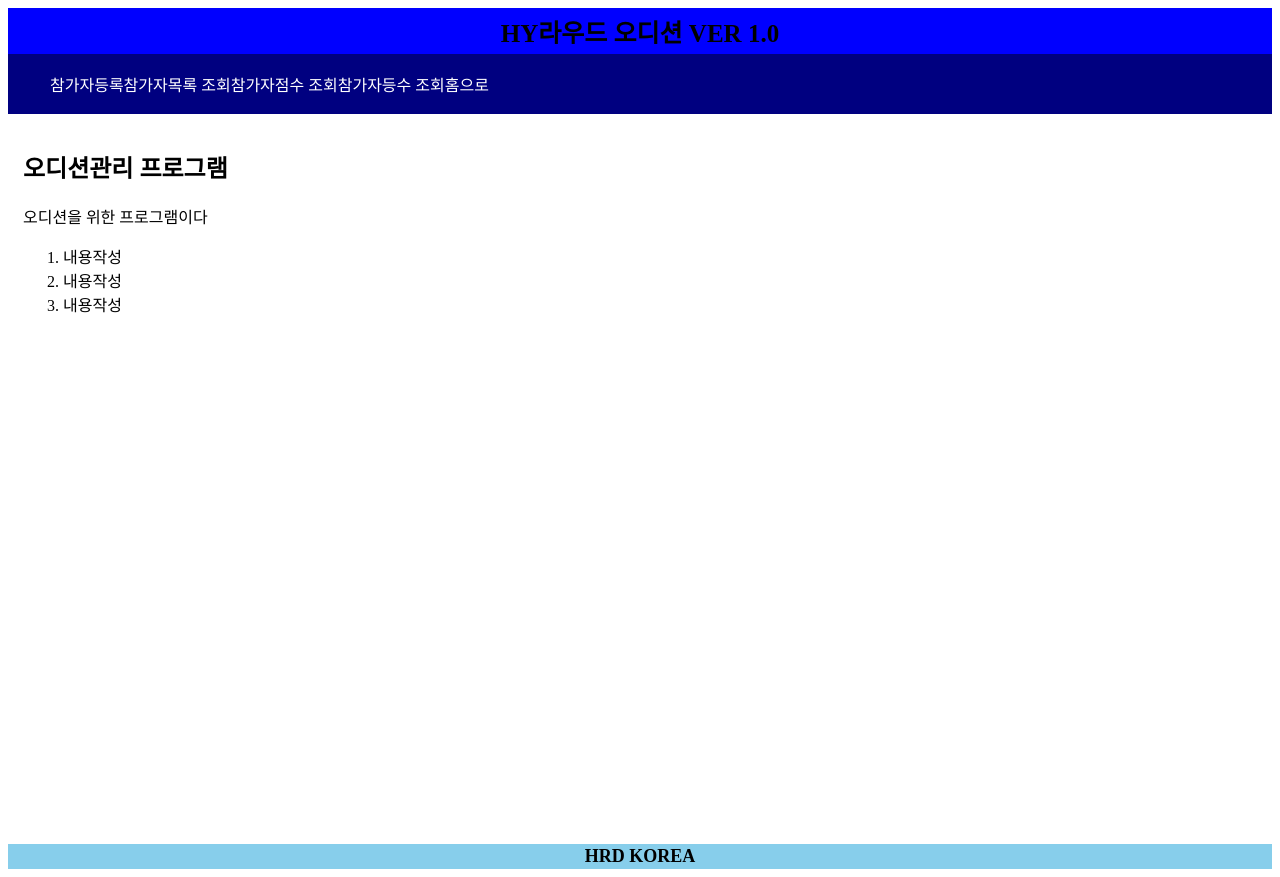
Repository: hoger96/java
Page: http://localhost/Audition/
These files come from the project's save history. The page is drawn as it stood at one moment and after the next save; the edit follows.
The browser window is 1280 px wide. The pictures show the whole page.
The page is served by Tomcat 9.

Above is the page before, as saved 2023-02-05 14:40:50.

After the next save:
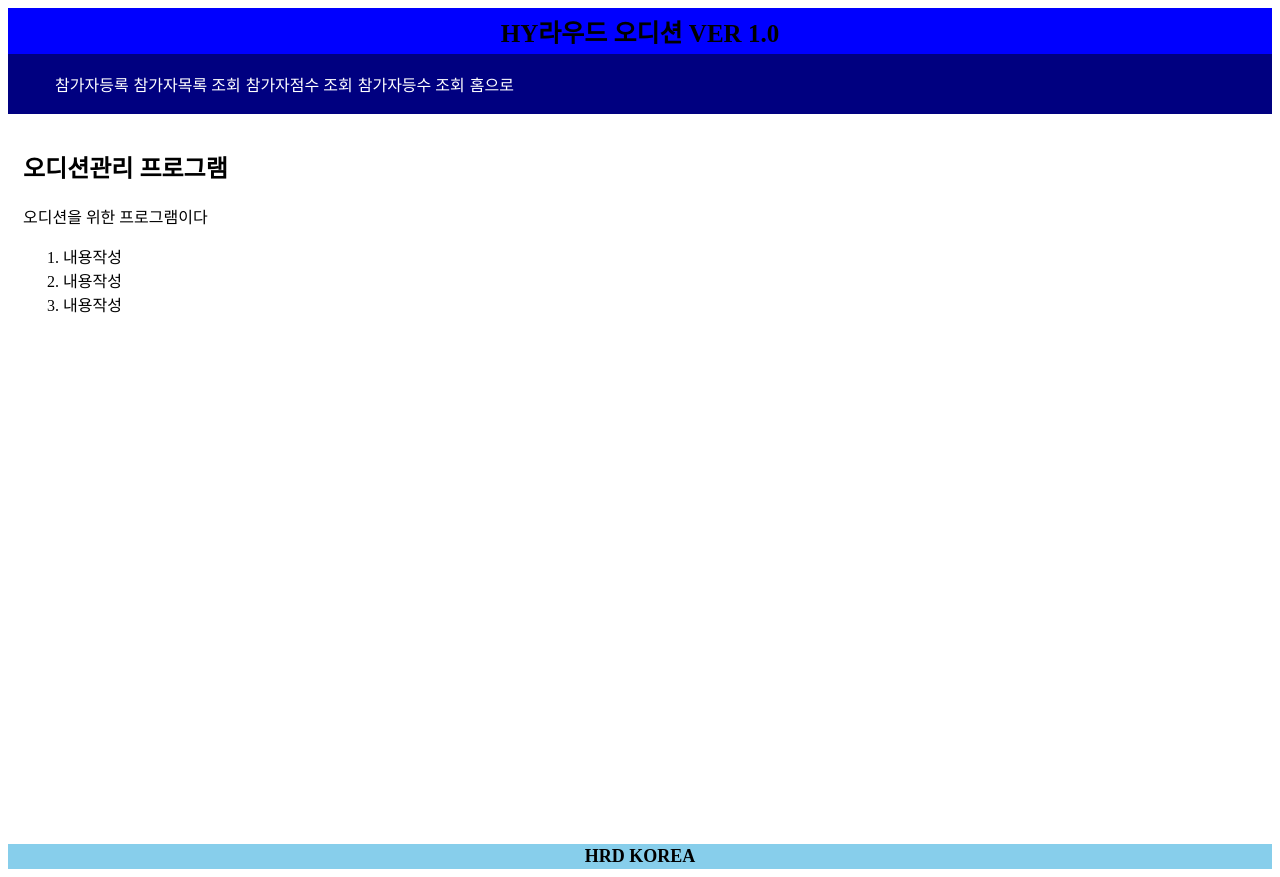
Saved 12 s later.
--- a/Audition/src/main/webapp/css/index.css
+++ b/Audition/src/main/webapp/css/index.css
@@ -15,6 +15,9 @@
 	display:flex;
 	list-style: none;
 }
+nav li{
+	margin-left:5px;
+}
 a{
 	text-decoration: none;
 	color:white;

After the save that followed:
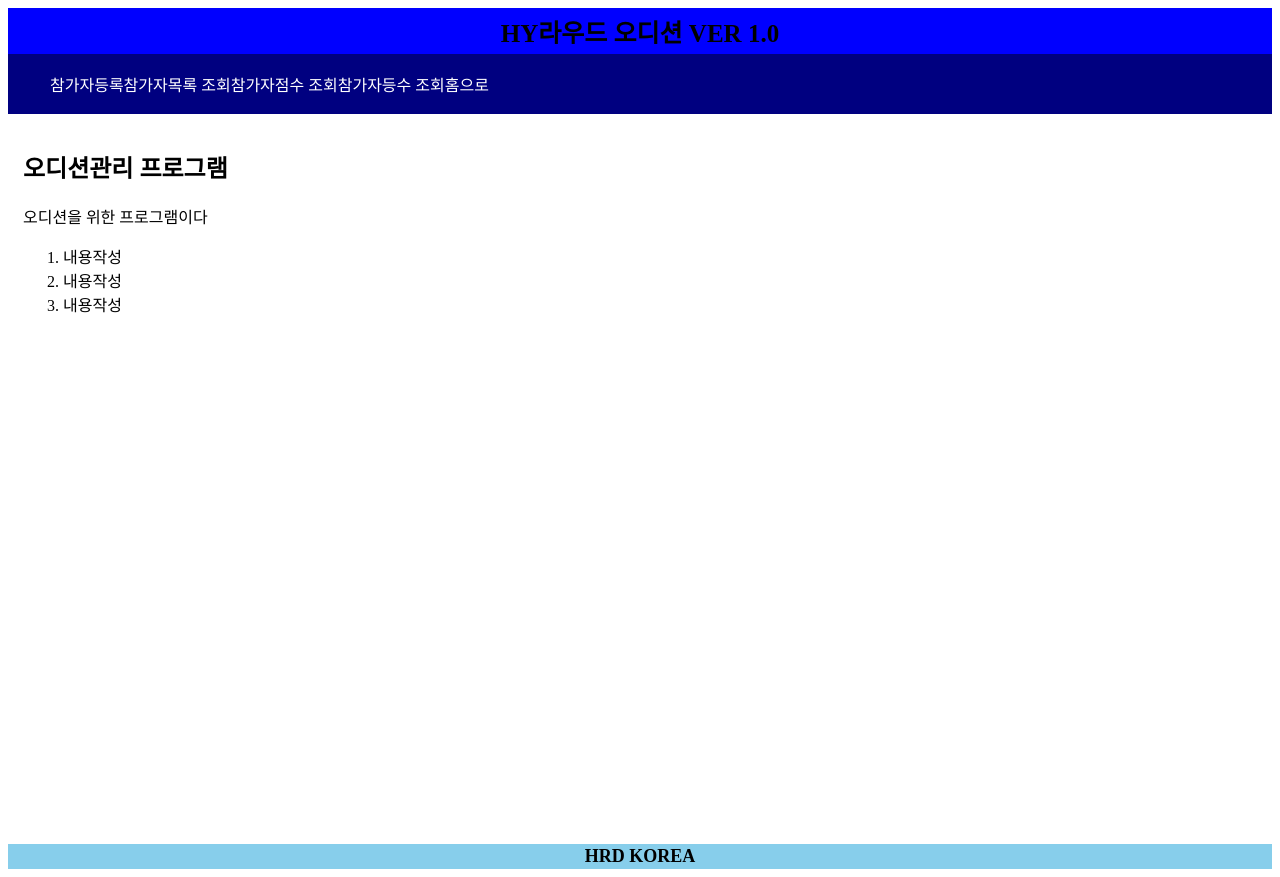
Saved 11 s later.
--- a/Audition/src/main/webapp/css/index.css
+++ b/Audition/src/main/webapp/css/index.css
@@ -16,7 +16,7 @@
 	list-style: none;
 }
 nav li{
-	margin-left:5px;
+	margin-rght:15px;
 }
 a{
 	text-decoration: none;
